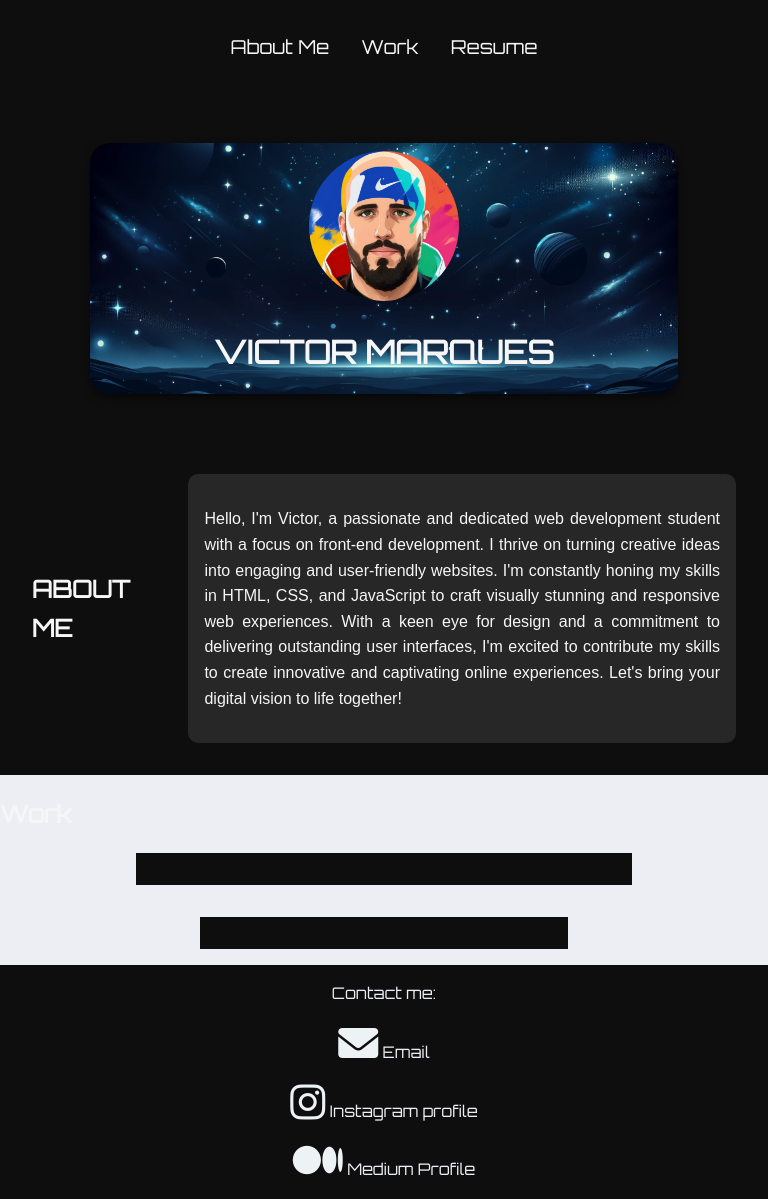
Repository: uvee35/Challenge2-Victor
Page: index.html
The author's editor kept a copy of each file at every save. The page is drawn from the files as they stood at one save, then again after the next save.
The browser window is 768 px wide. The pictures show the whole page.

Above is the page before, as saved 2023-12-11 23:09:36.

After the next save:
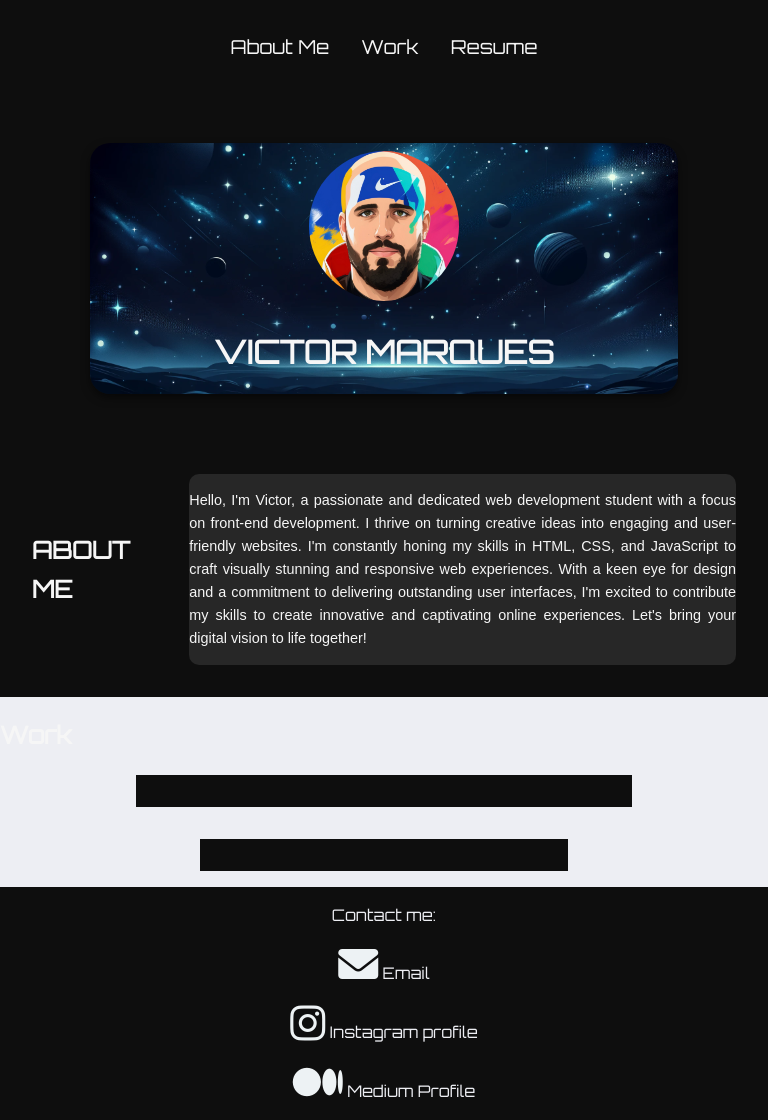
Saved 36 s later.
--- a/assets/style.css
+++ b/assets/style.css
@@ -188,7 +188,11 @@
 
   .about-box {
     width: 90%; /* Adjusted from 100% to 90% */
-    padding: 1rem; /* Added padding for better readability */
+    padding: 0rem; /* Added padding for better readability */
+
+  }
+  .about-box p {
+    font-size: 0.9rem; /* Smaller font size for the paragraph text */
   }
 
   .footer__contact-info {

After the 2 saves that followed:
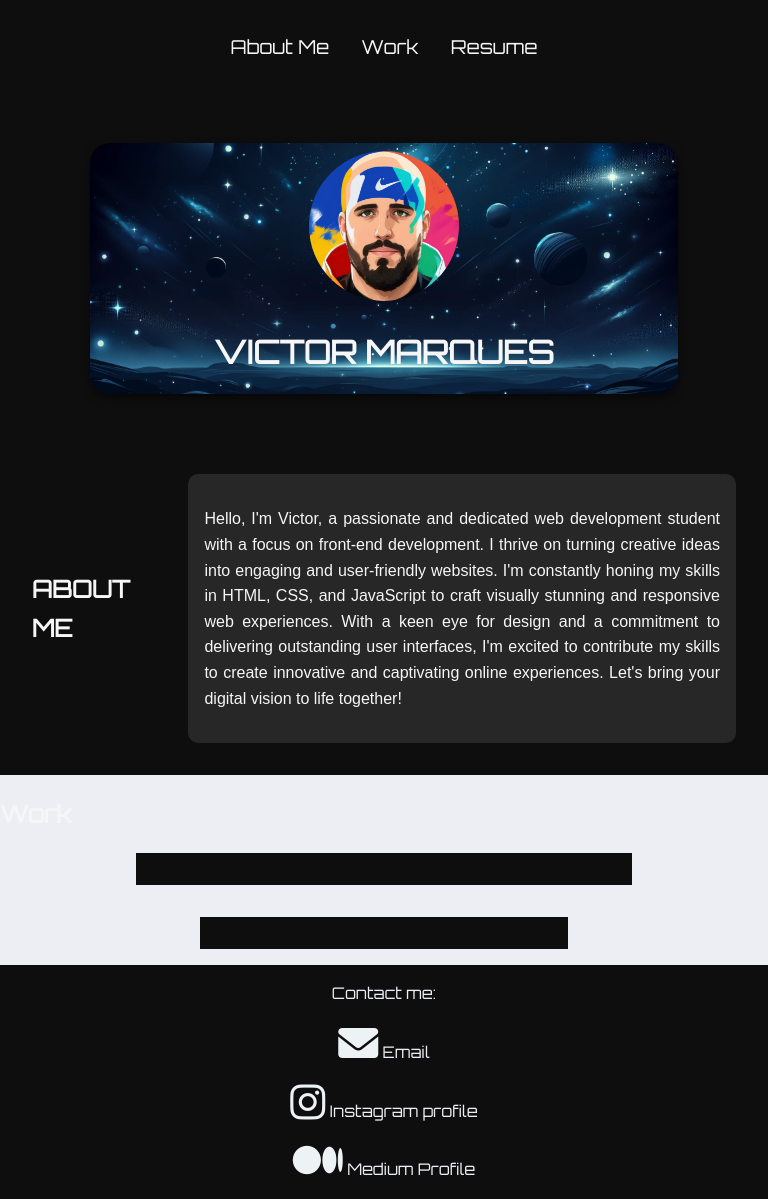
The 2 saves are shown as one change because 1 left the picture as it was.
The last was saved 57 s later.
--- a/assets/style.css
+++ b/assets/style.css
@@ -188,11 +188,7 @@
 
   .about-box {
     width: 90%; /* Adjusted from 100% to 90% */
-    padding: 0rem; /* Added padding for better readability */
-
-  }
-  .about-box p {
-    font-size: 0.9rem; /* Smaller font size for the paragraph text */
+    padding: 1rem; /* Added padding for better readability */
   }
 
   .footer__contact-info {
